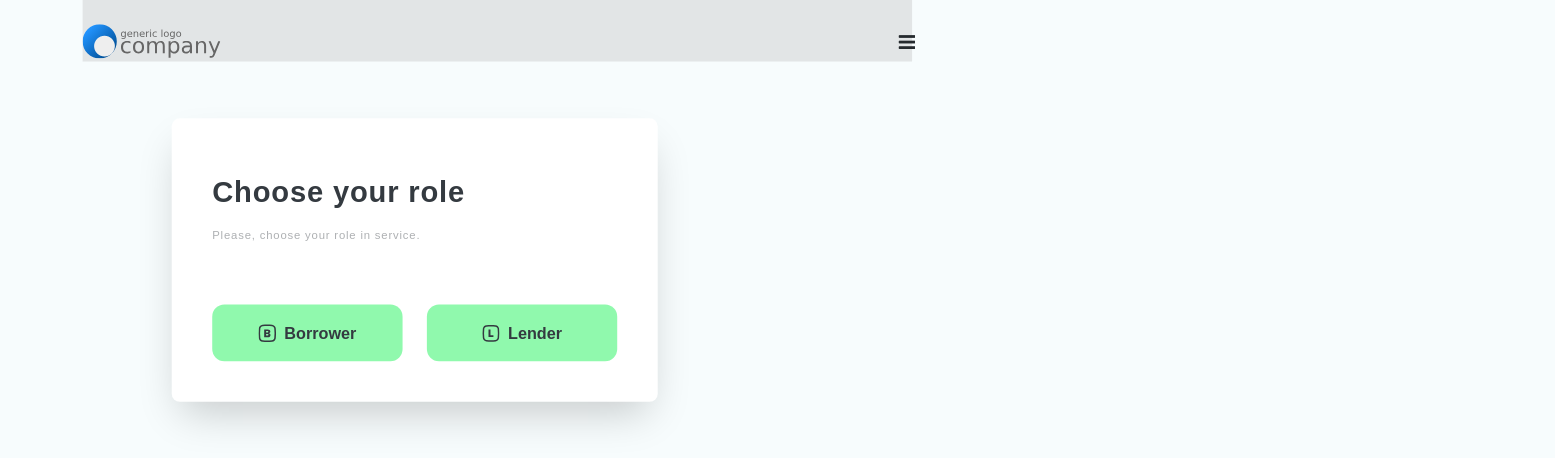
Repository: Andriy-Ma/widgetTask
Page: /
An editor plug-in stored every save of this project. The page is shown before and after the next save, followed by the edit.
The browser window is 1024 px wide. The page is 1130 px wide, then 1949 px, so the pictures cover 1920 px, including what lies to the right of the window. The pictures show the whole page, at 81% of full size.
The page's requests for data from a server got no answer. Some web fonts or font styles are not loaded; a fallback is used. The project was rebuilt for these pictures with package versions that can differ from the ones it lists, and the page was loaded fresh each time. No one was signed in, and anything a server would have sent is missing. Also part of the build but not shown: src/components/Main/SelectedRoleForm/selectedRoleForm.module.css, src/components/Main/SelectedRoleForm/selectedRoleForm.jsx, src/components/Main/AgreeForm/agreeForm.module.css, src/components/Main/AgreeForm/agreeForm.jsx.

Above is the page before, as saved 2022-08-30 15:11:29.

After the next save:
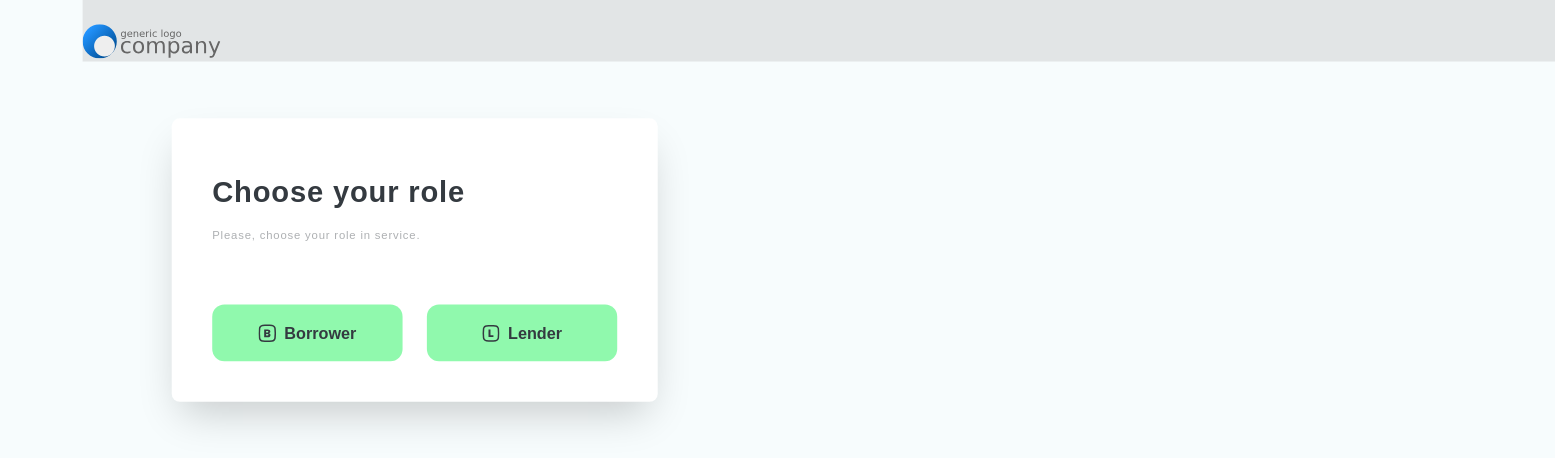
Saved 25 s later.
--- a/src/components/Header/header.module.css
+++ b/src/components/Header/header.module.css
@@ -110,6 +110,6 @@
     .header {
         padding-top: 30px;
         background-color: #b7b7b755;
-        width: 100vw;
+        width: calc(100vw + 100%);
     }
   }
